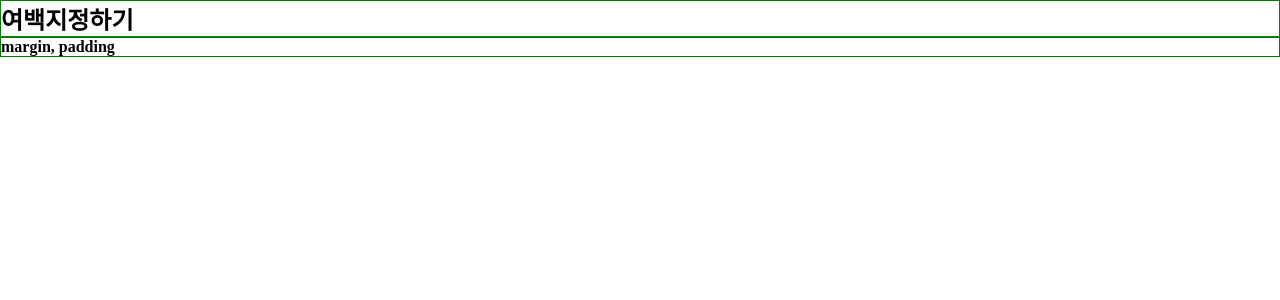
Repository: daeun0220/KB_EDU_JAVA
Page: work03_FrontUI/front02_CSS3/src/main/webapp/css01_margin.html
The author's editor kept a copy of each file at every save. The page is drawn from the files as they stood at one save, then again after the next save.
The browser window is 1280 px wide. The pictures show the whole page.

Above is the page before, as saved 2023-08-08 00:31:29.

### work03_FrontUI/front02_CSS3/src/main/webapp/css01_margin.html
<!DOCTYPE html>
<html>
<head>
<meta charset="UTF-8">
<title>여백지정하기</title> <!-- 타이틀은 주는게 좋다 / 메타태그는 검색할때 도움되는거-->
<style>
*{
	margin:0;
}
h2, h4{
	border: 1px solid green;
}

</style>
</head>
<body>
	<h2>여백지정하기</h2>
	<h4>margin, padding</h4>
</body>
</html>

After the next save:
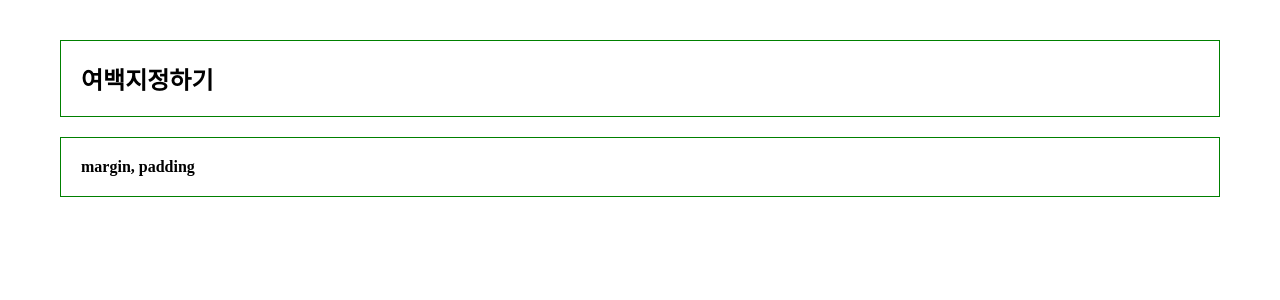
Saved 47 s later.
--- a/work03_FrontUI/front02_CSS3/src/main/webapp/css01_margin.html
+++ b/work03_FrontUI/front02_CSS3/src/main/webapp/css01_margin.html
@@ -5,10 +5,11 @@
 <title>여백지정하기</title> <!-- 타이틀은 주는게 좋다 / 메타태그는 검색할때 도움되는거-->
 <style>
 *{
-	margin:0;
+	margin:20px;
 }
 h2, h4{
 	border: 1px solid green;
+	padding: 20px;
 }
 
 </style>
